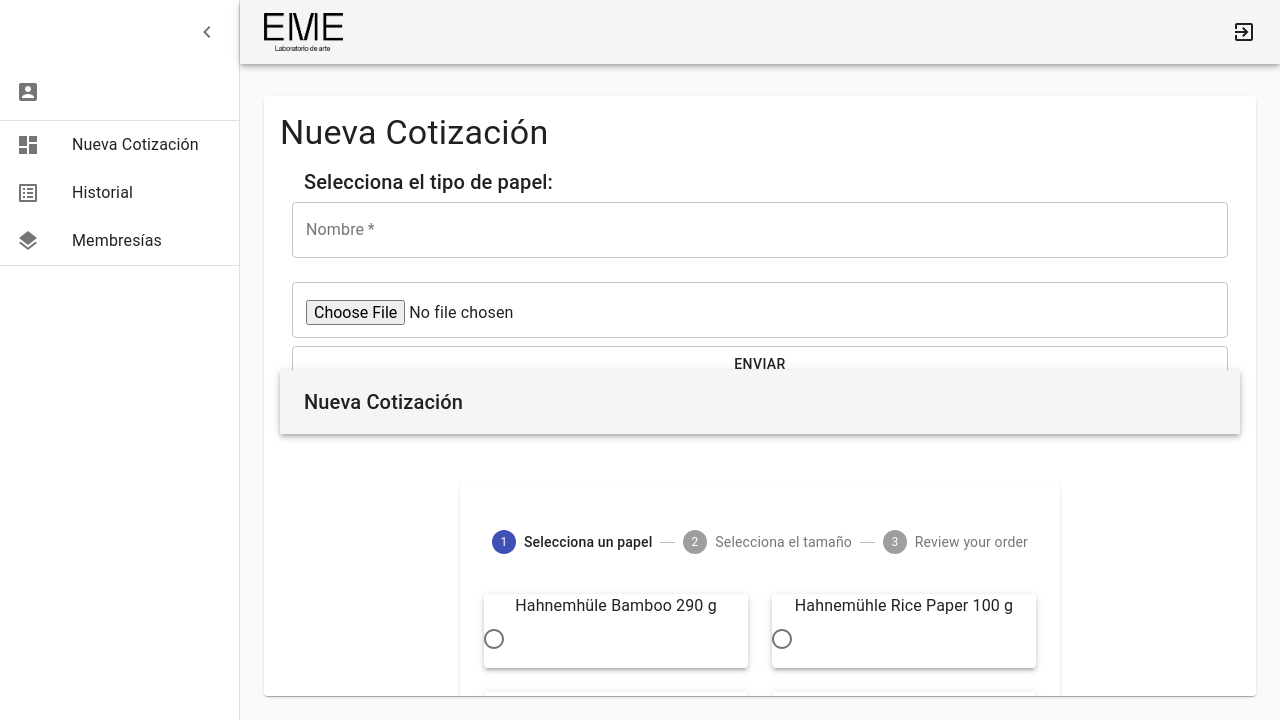
Repository: BrendaCarranco/eme-lab
Page: /Trabajo
An editor plug-in stored every save of this project. The page is shown before and after the next save, followed by the edit.
The browser window is 1280 px wide. The pictures show the whole page.
An inner scrolling area shows only its first screen. Some web libraries are served in a nearby version. The project was rebuilt for these pictures with package versions that can differ from the ones it lists, and the page was loaded fresh each time. Also part of the build but not shown: src/components/buildingPage/Building.js, src/temaConfig.js, src/components/buildingPage/Landing.js, src/components/login/Reset.js, src/components/Dashboard/Historial.js, src/components/Dashboard/Membresias.js, src/components/Cotizacion/SizeForm.js, src/components/Cotizacion/Review.js and 7 more.

Above is the page before, as saved 2020-08-31 05:41:32.

### public/index.html
<!DOCTYPE html>
<html lang="en">

<head>
  <meta charset="utf-8" />

  <meta name="viewport" content="width=device-width, initial-scale=1" />
  <meta name="theme-color" content="#000000" />
  <meta name="description" content="Web site created using create-react-app" />
  <link rel="icon" type="image/png" href="/eme-icon.png">


  </style>

  <!--
      manifest.json provides metadata used when your web app is installed on a
      user's mobile device or desktop. See https://developers.google.com/web/fundamentals/web-app-manifest/
    -->
  <link rel="manifest" href="%PUBLIC_URL%/manifest.json" />
  <!-- CSS only -->
  <link rel="stylesheet" href="https://stackpath.bootstrapcdn.com/bootstrap/4.5.2/css/bootstrap.min.css"
    integrity="sha384-JcKb8q3iqJ61gNV9KGb8thSsNjpSL0n8PARn9HuZOnIxN0hoP+VmmDGMN5t9UJ0Z" crossorigin="anonymous">

  <!--
      Notice the use of %PUBLIC_URL% in the tags above.
      It will be replaced with the URL of the `public` folder during the build.
      Only files inside the `public` folder can be referenced from the HTML.

      Unlike "/favicon.ico" or "favicon.ico", "%PUBLIC_URL%/favicon.ico" will
      work correctly both with client-side routing and a non-root public URL.
      Learn how to configure a non-root public URL by running `npm run build`.
    -->
  <title>EME Laboratorio de arte</title>
</head>

<body>
  <noscript>You need to enable JavaScript to run this app.</noscript>
  <div id="root"></div>
  <!--
      This HTML file is a template.
      If you open it directly in the browser, you will see an empty page.

      You can add webfonts, meta tags, or analytics to this file.
      The build step will place the bundled scripts into the <body> tag.

      To begin the development, run `npm start` or `yarn start`.
      To create a production bundle, use `npm run build` or `yarn build`.
    -->
  <!-- Compiled and minified JavaScript -->

  <script src="https://code.jquery.com/jquery-3.2.1.slim.min.js"
    integrity="sha384-KJ3o2DKtIkvYIK3UENzmM7KCkRr/rE9/Qpg6aAZGJwFDMVNA/GpGFF93hXpG5KkN"
    crossorigin="anonymous"></script>
  <script src="https://cdnjs.cloudflare.com/ajax/libs/popper.js/1.12.9/umd/popper.min.js"
    integrity="sha384-ApNbgh9B+Y1QKtv3Rn7W3mgPxhU9K/ScQsAP7hUibX39j7fakFPskvXusvfa0b4Q"
    crossorigin="anonymous"></script>
  <script src="https://maxcdn.bootstrapcdn.com/bootstrap/4.0.0/js/bootstrap.min.js"
    integrity="sha384-JZR6Spejh4U02d8jOt6vLEHfe/JQGiRRSQQxSfFWpi1MquVdAyjUar5+76PVCmYl"
    crossorigin="anonymous"></script>
</body>

</html>

### src/App.js
import React, { useEffect, useState, useContext } from 'react';
import { BrowserRouter, Switch, Route } from 'react-router-dom';
import { firebase } from './firebase';
import Building from './components/buildingPage/Building';
import Landing from './components/buildingPage/Landing';
import Reset from './components/login/Reset';
import Dashboard from './components/Dashboard/Dashboard';
import SignInSide from './components/login/SignInSide';
import Admin from './components/admin/Admin';

import { UserContext } from './context/UserProvider';
import NoMember from './components/Dashboard/NoMember';
import Precio from './components/Dashboard/Precios';

function App() {

  const [firebaseUser, setFirebaseUser] = useState(null);
  const [fbName, setFbName] = useState('');
  const [fbMail, setFbMail] = useState('');
  const [usersFiles, setUsersFiles] = useState([]);


  const { userProvider } = useContext(UserContext);


  //Observador
  useEffect(() => {
    firebase.auth().onAuthStateChanged(user => {
      console.log(user);
      if (user) {
        setFbName(user.displayName);
        setFbMail(user.email);
        setFirebaseUser(user);
      } else {
        setFirebaseUser(null);
        return;
      }
    });
  }, [firebaseUser]);

  return (
    <BrowserRouter>
      <Switch>
        <Route exact path='/'>
          <Landing />
        </Route>
        {/*
        <Route path='/admin'>
          <Admin usersFiles={usersFiles} />
        </Route> */}

        <Route path='/dashboard'>

          {
            userProvider.role === 'Admin' && <Admin usersFiles={usersFiles} />
          }
          {
            userProvider.role === 'Miembro' && <Dashboard firebaseUser={firebaseUser} setUsersFiles={setUsersFiles} usersFiles={usersFiles} fbMail={fbMail} />
          }
          {
            userProvider.role === 'Invitado' && <NoMember />
          }



        </Route>

        <Route path='/signin'>
          <SignInSide />
        </Route>

        <Route path='/Admin'>
          <Admin />
        </Route>

        <Route path='/Trabajo'>
          <Dashboard />
        </Route>
        <Route path='/Precios'>
          <Precio />
        </Route>


      </Switch>
    </BrowserRouter>
  );
}

export default App;

### src/context/UserProvider.js
import React, { createContext, useEffect } from 'react';
import { useState } from 'react';
import { firebase } from '../firebase';

export const UserContext = createContext();

const UserProvider = (props) => {

    const dataInitialUser = {
        email: null,
        uid: null,
        role: 'Invitado',
        displayName: null
    };

    const [userProvider, setUserProvider] = useState(dataInitialUser);


    useEffect(() => {
        detectUser();
    }, []);

    const detectUser = () => {
        firebase.auth().onAuthStateChanged(user => {
            if (user) {
                console.log(user, 'user provider');
                user.getIdTokenResult()
                    .then(idTokenResult => {
                        console.log(idTokenResult, 'token');
                        if (!!idTokenResult.claims.Admin) {
                            console.log('es admin');
                            setUserProvider({
                                email: user.email,
                                uid: user.uid,
                                displayName: user.displayName,
                                role: 'Admin'

                            });
                        } else if (!!idTokenResult.claims.Member) {
                            console.log('es miembro');
                            setUserProvider({
                                email: user.email,
                                uid: user.uid,
                                displayName: user.displayName,
                                role: 'Miembro'
                            });
                        } else {
                            console.log('es invitado');
                            setUserProvider({
                                email: user.email,
                                uid: user.uid,
                                displayName: user.displayName,
                                role: 'Invitado'

                            });
                        }
                    }
                    );

            } else {
                console.log(user, 'user provider null');
            }
        });
    };

    const userRegister = async (email, password, name) => {
        try {
            const res = await firebase.auth().createUserWithEmailAndPassword(email, password);
            const collection = await firebase.firestore().collection('usuarios').doc(res.user.email).get();

            if (!collection.exists) {
                await firebase.firestore().collection('usuarios').doc(res.user.email).set({
                    email: res.user.email,
                    uid: res.user.uid,
                    role: 'Invitado',
                    displayName: name
                });
                let current = firebase.auth().currentUser;
                current.updateProfile({
                    displayName: name
                });

            }

        } catch (error) {
            console.log(error);
        }
        firebase.auth().signOut();
    };

    return (
        <UserContext.Provider value={{ userProvider, userRegister }} >
            {props.children}
        </UserContext.Provider>
    );
};

export default UserProvider;

### src/firebase.js
import firebase from 'firebase/app';
import 'firebase/auth';
import 'firebase/firestore';
import 'firebase/storage';
import 'firebase/functions';

const firebaseConfig = {
    apiKey: "AIzaSyB1b8DSEsphXC6iROi09Go8DnzwT9N6RYY",
    authDomain: "eme-lab.firebaseapp.com",
    databaseURL: "https://eme-lab.firebaseio.com",
    projectId: "eme-lab",
    storageBucket: "eme-lab.appspot.com",
    messagingSenderId: "906776180001",
    appId: "1:906776180001:web:939db4508539931fda3a60"
};
// Initialize Firebase
firebase.initializeApp(firebaseConfig);

export { firebase };

### src/components/Dashboard/Cotizacion.js
import React, { useState } from 'react';
import { firebase } from '../../firebase';
import moment from 'moment';
import 'moment/locale/es';

import Container from '@material-ui/core/Container';
import { makeStyles } from '@material-ui/core/styles';
import Typography from '@material-ui/core/Typography';
import Title from './Title';
import TextField from '@material-ui/core/TextField';
import Button from '@material-ui/core/Button';
import Grid from '@material-ui/core/Grid';


const useStyles = makeStyles((theme) => ({
  paper: {
      margin: theme.spacing(1),
  },
}));

const Cotizacion = ({ firebaseUser, setUsersFiles, usersFiles }) => {
  const classes = useStyles();
  const [fileUrl, setFileUrl] = useState(null);
  const [input, setInput] = useState('');
  //const [usersFiles, setUsersFiles] = useState([]);

  let time = Date.now();
  let timeFormat = moment(time).format('LLL');

  const handleChangeFile = async e => {
    const file = e.target.files[0];
    const storageRef = firebase.storage().ref('Cotizaciones').child(firebaseUser.email);
    const fileRef = storageRef.child(file.name);
    await fileRef.put(file);
    setFileUrl(await fileRef.getDownloadURL());
  };

  const handleSubmit = e => {
    e.preventDefault();
    //console.log('submit');

    const username = e.target.username.value;
    setInput(username);
    if (!username) {
      return;
    }

    const newUserFile = {
      name: username,
      fileLink: fileUrl,
      date: timeFormat,
      email: firebaseUser.email,
      user: firebaseUser.displayName,
      status: 'Pendiente'
    };
    //esta sube la imegen
    firebase.firestore().collection('files').doc().set(newUserFile);
    setUsersFiles([
      ...usersFiles,
      { ...newUserFile }

    ]);
    setInput('');
    setFileUrl('');
    return alert('archivo subido');
  };

  /*   const emailUpdate = async () => {
      const a = await firebase.auth().onAuthStateChanged(function (user) {
        if (user) {
          setUserEmail(user.email);
          return;
          // User is signed in.
        } else {
          return;
        }
      });
    };
    emailUpdate();

    useEffect(() => {
      const fetchUsersFiles = async () => {
        const usersFilesCollection = await firebase.firestore().collection('files').where("email", "==", userEmail).get();
        setUsersFiles(usersFilesCollection.docs.map(doc => {
          return doc.data();
        }));
      };
      fetchUsersFiles();
    }, [setUsersFiles, userEmail]);

    console.log(usersFiles); */


  return (
    <React.Fragment>
      <Title>Nueva Cotización</Title>
      <Container maxWidth="m">
        <Typography variant="h6" color="initial">
          Selecciona el tipo de papel:
       </Typography>
        <form onSubmit={handleSubmit}>
        <Grid container spacing={3}>

          <TextField
            variant="outlined"
            margin="normal"
            required
            fullWidth
            id="outlined-basic"
            label="Nombre"
            name='username'
            onChange={e => setInput(e.target.value)}
            value={input}

          />

          <TextField
            variant="outlined"
            margin="normal"
            required
            fullWidth
            id="outlined-basic"
            name='file'
            type='file'
            onChange={handleChangeFile}
          />
          <Button
            type="submit"
            fullWidth
            variant="outlined"
            color="default"
          >Enviar</Button>


          </Grid>
        </form>
      </Container>
    </React.Fragment>


  );
};

export default Cotizacion;

### src/components/Cotizacion/Checkout.js
import React from 'react';
import { makeStyles } from '@material-ui/core/styles';
import CssBaseline from '@material-ui/core/CssBaseline';
import AppBar from '@material-ui/core/AppBar';
import Toolbar from '@material-ui/core/Toolbar';
import Paper from '@material-ui/core/Paper';
import Stepper from '@material-ui/core/Stepper';
import Step from '@material-ui/core/Step';
import StepLabel from '@material-ui/core/StepLabel';
import Button from '@material-ui/core/Button';
import Link from '@material-ui/core/Link';
import Typography from '@material-ui/core/Typography';
import PaperForm from './PaperForm';
import SizeForm from './SizeForm';
import Review from './Review';

function Copyright() {
  return (
    <Typography variant="body2" color="textSecondary" align="center">
      {'Copyright © '}
      <Link color="inherit" href="https://material-ui.com/">
        Your Website
      </Link>{' '}
      {new Date().getFullYear()}
      {'.'}
    </Typography>
  );
}

const useStyles = makeStyles((theme) => ({
  appBar: {
    position: 'relative',
  },
  layout: {
    width: 'auto',
    marginLeft: theme.spacing(2),
    marginRight: theme.spacing(2),
    [theme.breakpoints.up(600 + theme.spacing(2) * 2)]: {
      width: 600,
      marginLeft: 'auto',
      marginRight: 'auto',
    },
  },
  paper: {
    marginTop: theme.spacing(3),
    marginBottom: theme.spacing(3),
    padding: theme.spacing(2),
    [theme.breakpoints.up(600 + theme.spacing(3) * 2)]: {
      marginTop: theme.spacing(6),
      marginBottom: theme.spacing(6),
      padding: theme.spacing(3),
    },
  },
  stepper: {
    padding: theme.spacing(3, 0, 5),
  },
  buttons: {
    display: 'flex',
    justifyContent: 'flex-end',
  },
  button: {
    marginTop: theme.spacing(3),
    marginLeft: theme.spacing(1),
  },
}));

const steps = ['Selecciona un papel', 'Selecciona el tamaño', 'Review your order'];

function getStepContent(step) {
  switch (step) {
    case 0:
      return <PaperForm />;
    case 1:
      return <SizeForm />;
    case 2:
      return <Review />;
    default:
      throw new Error('Unknown step');
  }
}

export default function Checkout() {
  const classes = useStyles();
  const [activeStep, setActiveStep] = React.useState(0);

  const handleNext = () => {
    setActiveStep(activeStep + 1);
  };

  const handleBack = () => {
    setActiveStep(activeStep - 1);
  };

  return (
    <React.Fragment>
      <CssBaseline />
      <AppBar position="absolute" color="default" className={classes.appBar}>
        <Toolbar>
          <Typography variant="h6" color="inherit" noWrap>
            Nueva Cotización
          </Typography>
        </Toolbar>
      </AppBar>
      <main className={classes.layout}>
        <Paper className={classes.paper}>

          <Stepper activeStep={activeStep} className={classes.stepper}>
            {steps.map((label) => (
              <Step key={label}>
                <StepLabel>{label}</StepLabel>
              </Step>
            ))}
          </Stepper>
          <React.Fragment>
            {activeStep === steps.length ? (
              <React.Fragment>
                <Typography variant="h5" gutterBottom>
                  Gracias por tu orden.
                </Typography>
                <Typography variant="subtitle1">
                  Enviamos a tu correo la confirmación de la ordén con datos para realizar el pago. Gracias.
                </Typography>
              </React.Fragment>
            ) : (
              <React.Fragment>
                {getStepContent(activeStep)}
                <div className={classes.buttons}>
                  {activeStep !== 0 && (
                    <Button onClick={handleBack} className={classes.button}>
                      Atrás
                    </Button>
                  )}
                  <Button
                    variant="contained"
                    color="primary"
                    onClick={handleNext}
                    className={classes.button}
                  >
                    {activeStep === steps.length - 1 ? 'Place order' : 'Siguiente'}
                  </Button>
                </div>
              </React.Fragment>
            )}
          </React.Fragment>
        </Paper>
        <Copyright />
      </main>
    </React.Fragment>
  );
}

### src/components/Dashboard/Title.js

import React from 'react';
import PropTypes from 'prop-types';
import Typography from '@material-ui/core/Typography';

export default function Title(props) {
  return (
    <Typography component="h2" variant="h4" color="default" gutterBottom>
      {props.children}
    </Typography>
  );
}

Title.propTypes = {
  children: PropTypes.node,
};

### src/components/Cotizacion/PaperForm.js
import React from 'react';

import Grid from '@material-ui/core/Grid';
import Typography from '@material-ui/core/Typography';
import Radio from '@material-ui/core/Radio';
import RadioGroup from '@material-ui/core/RadioGroup';
import FormControlLabel from '@material-ui/core/FormControlLabel';
import FormControl from '@material-ui/core/FormControl';

import Paper from '@material-ui/core/Paper';


export default function PaperForm() {

  const [value, setValue] = React.useState();

  const handleChange = (event) => {
    setValue(event.target.value);
  };

  return (
    <React.Fragment>


      <FormControl component="fieldset">
      <RadioGroup  value={value} onChange={handleChange}>
      <Grid container spacing={3}>

        <Grid item xs={12} sm={6}>
          <Paper elevation={3}>
            <Typography align="center">
              Hahnemhüle Bamboo  290 g
            </Typography>
            <FormControlLabel value="bamboo" control={<Radio />} />
          </Paper>
          </Grid>
          <Grid item xs={12} sm={6}>
          <Paper elevation={3}>
            <Typography align="center">
            Hahnemühle Rice Paper 100 g
            </Typography>
            <FormControlLabel value="rice" control={<Radio />} />
          </Paper>
          </Grid>
          <Grid item xs={12} sm={6}>
          <Paper elevation={3}>
            <Typography align="center">
            Hahnemühle Photo Matt Fibre 200g
            </Typography>
            <FormControlLabel value="matt" control={<Radio />} />
          </Paper>
          </Grid>
          <Grid item xs={12} sm={6}>
          <Paper elevation={3}>
            <Typography align="center">
            Hahnemühle Photo Silk Baryta 310 g
            </Typography>
            <FormControlLabel value="silk" control={<Radio />} />
          </Paper>
          </Grid>
          <Grid item xs={12} sm={6}>
          <Paper elevation={3}>
            <Typography align="center">
            EPSON Pap. Enhanced Mate
            </Typography>
            <FormControlLabel value="epson" control={<Radio />} />
          </Paper>
          </Grid>
          </Grid>

          </RadioGroup>
        </FormControl>

    </React.Fragment>
  );
}

Loaded but not shown: src/index.js (common file); src/index.css (common file); src/serviceWorker.js (common file); src/components/Dashboard/Dashboard.js (298 lines, source omitted)

After the next save:
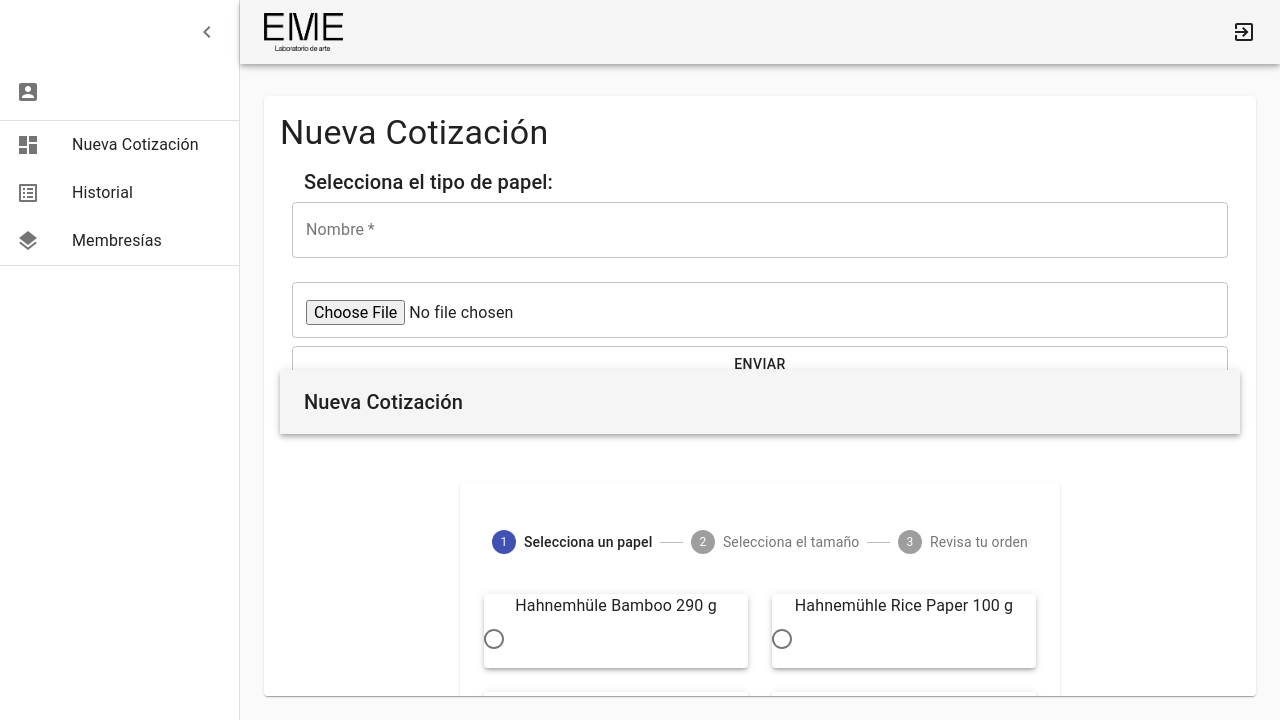
Saved 47 s later.
--- a/src/components/Cotizacion/Checkout.js
+++ b/src/components/Cotizacion/Checkout.js
@@ -64,7 +64,7 @@ const useStyles = makeStyles((theme) => ({
   },
 }));
 
-const steps = ['Selecciona un papel', 'Selecciona el tamaño', 'Review your order'];
+const steps = ['Selecciona un papel', 'Selecciona el tamaño', 'Revisa tu orden'];
 
 function getStepContent(step) {
   switch (step) {
